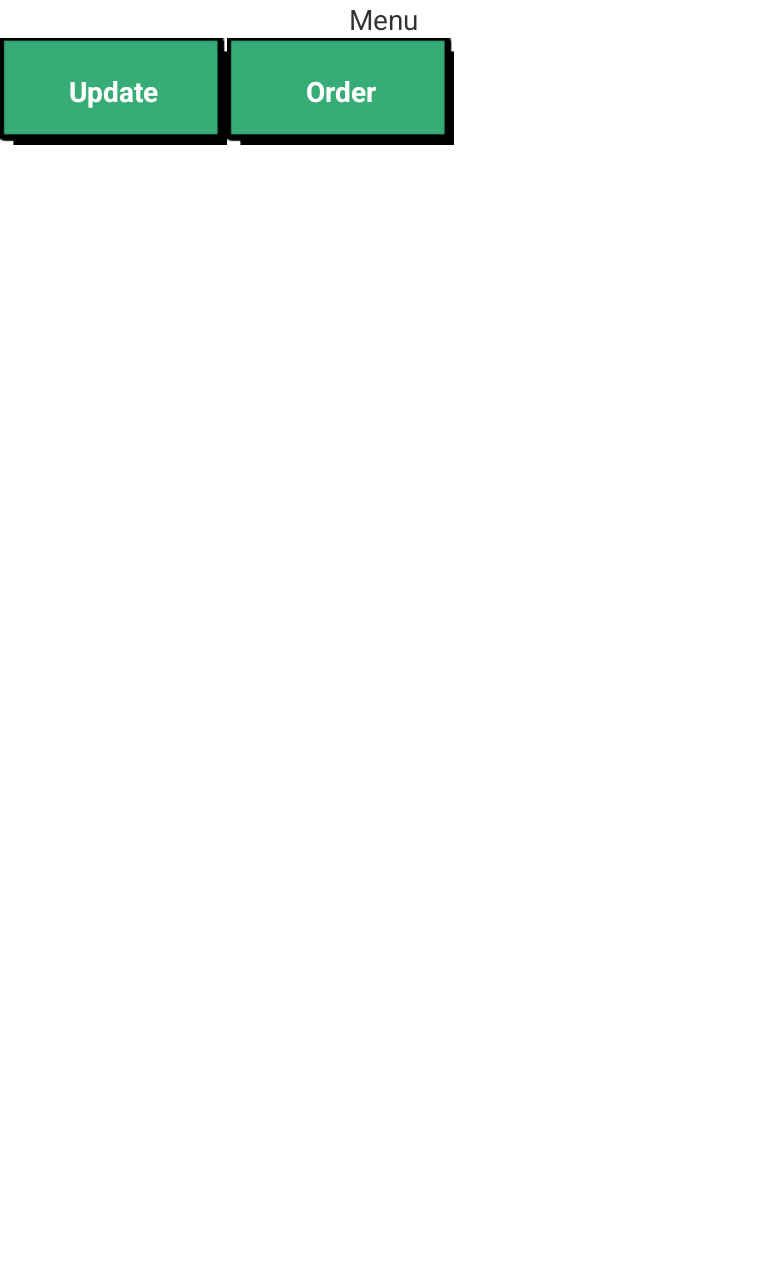
Repository: VanThi/Smart_Order
Layout: Project OS/Project_SO/res/layout/menu_item.xml
An editor plug-in stored every save of this project. The layout is shown before and after the next save, followed by the edit.
It is drawn on a 768 x 1280 px phone screen (xhdpi) without system bars, with theme AppTheme; the app's code is not run. Lists and similar views that code fills are empty.

Above is the layout before, as saved 2013-11-09 12:41:12.

After the next save:
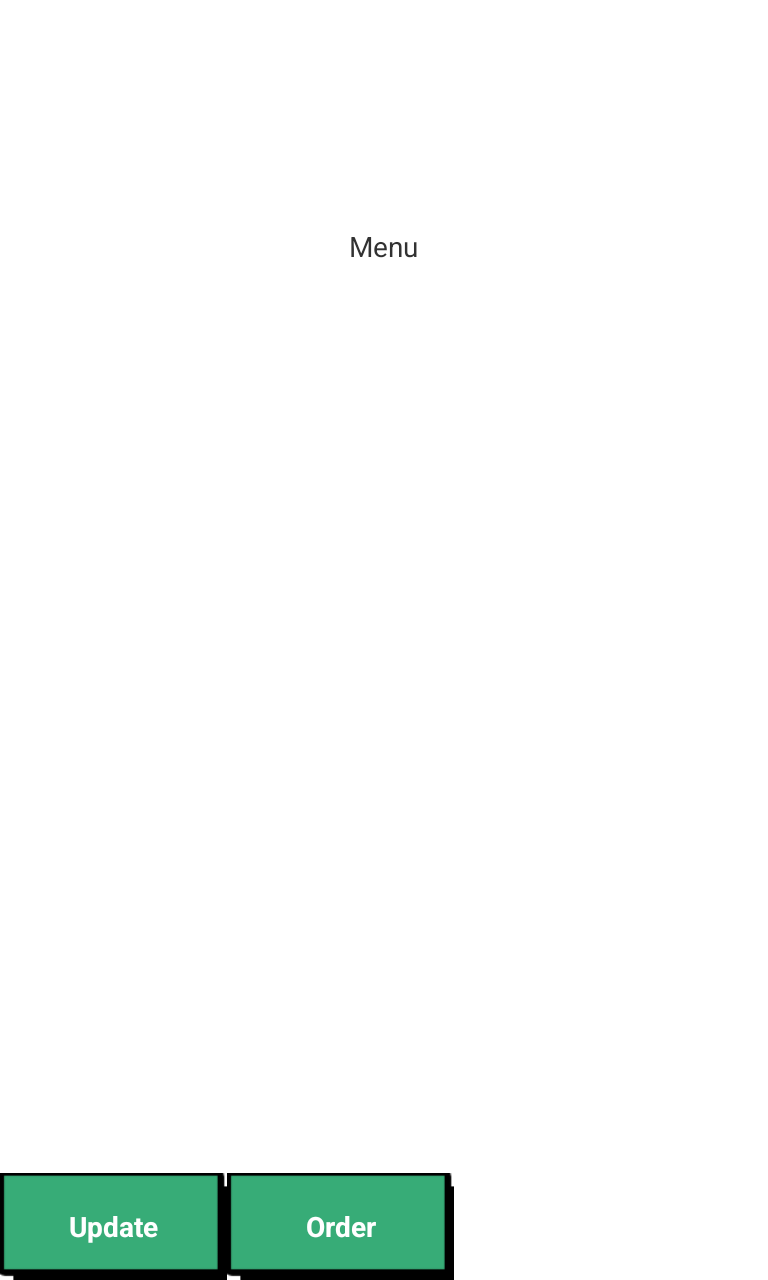
Saved 68 s later.
--- a/Project OS/Project_SO/res/layout/menu_item.xml
+++ b/Project OS/Project_SO/res/layout/menu_item.xml
@@ -3,17 +3,22 @@
     android:layout_width="match_parent"
     android:layout_height="match_parent"
     android:orientation="vertical" >
-
+	<TextView
+	    android:layout_width="wrap_content"
+        android:layout_height="wrap_content"
+        android:layout_weight="1"
+	    />
     <TextView
         android:layout_width="wrap_content"
         android:layout_height="wrap_content"
         android:layout_gravity="center"
+
         android:text="@string/menu" />
 
     <ListView
         android:id="@+id/menu_item"
         android:layout_width="wrap_content"
-        android:layout_height="wrap_content" >
+        android:layout_height="454dp" >
     </ListView>
 
     <LinearLayout
